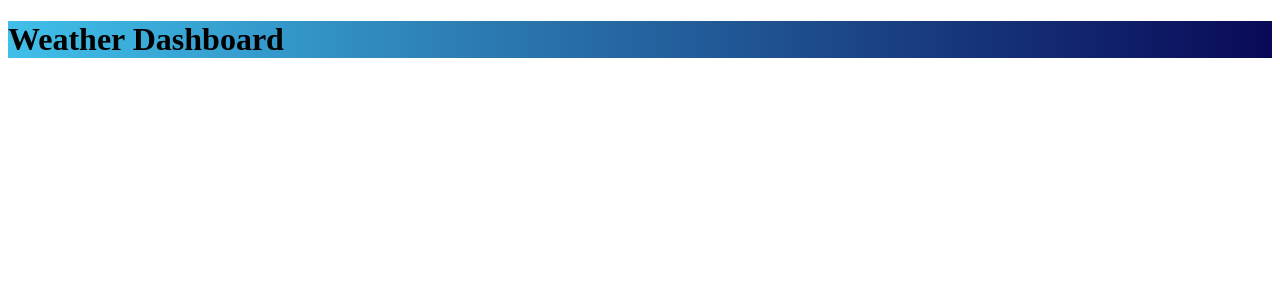
Repository: brenhamp/weather-dashboard
Page: index.html
These files come from the project's save history. The page is drawn as it stood at one moment and after the next save; the edit follows.
The browser window is 1280 px wide. The pictures show the whole page.

Above is the page before, as saved 2021-12-09 18:43:46.

### index.html
<!DOCTYPE html>
<html lang="en">
<head>
    <meta charset="UTF-8">
    <meta http-equiv="X-UA-Compatible" content="IE=edge">
    <meta name="viewport" content="width=device-width, initial-scale=1.0">
    <link rel="stylesheet" href="./assets/css/style.css">
    <link rel="stylesheet" href="https://fonts.googleapis.com/css?family=IBM+Plex+Sans:400,400i,700&display=swap">
    <title>Weather Dashboard</title>
</head>
<body class="flex-column min-100-vh">
    <header class="hero">
        <h1 class="app-title"><i class="fab fa-github"></i> Weather Dashboard</h1>
    </header>


</body>
</html>

### assets/css/style.css
.hero {
    background-image: linear-gradient(to right, rgb(64, 191, 233), rgb(9, 9, 87));
}

After the next save:
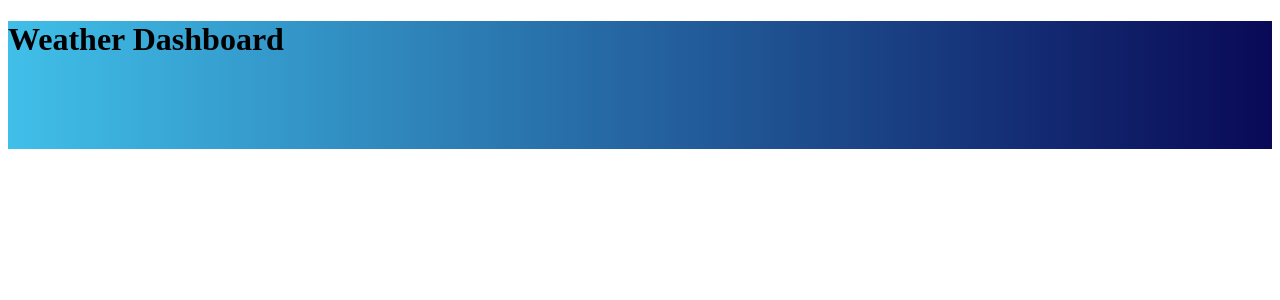
Saved 33 s later.
--- a/assets/css/style.css
+++ b/assets/css/style.css
@@ -1,3 +1,4 @@
 .hero {
     background-image: linear-gradient(to right, rgb(64, 191, 233), rgb(9, 9, 87));
+    height: 10vw;
 }
